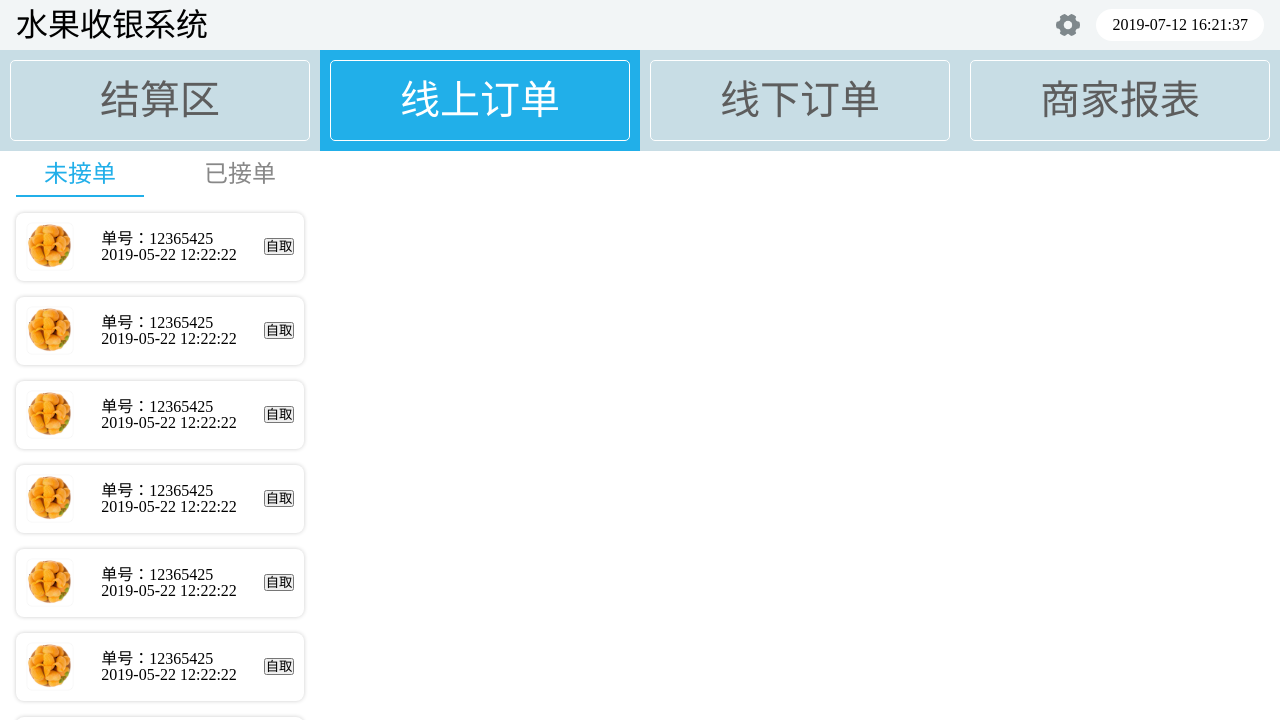
Repository: missing-star/fruit
Page: index.html
An editor plug-in stored every save of this project. The page is shown before and after the next save, followed by the edit.
The browser window is 1280 px wide. The pictures show the whole page.

Above is the page before, as saved 2019-07-12 16:30:01.

### index.html
<!DOCTYPE html>
<html lang="en">

<head>
    <meta charset="UTF-8">
    <meta name="viewport" content="width=device-width, initial-scale=1.0">
    <meta http-equiv="X-UA-Compatible" content="ie=edge">
    <title>水果收银系统</title>
    <link rel="stylesheet" href="./css/index.css">
</head>

<body>
    <div id="app">
        <header class="title-bar">
            <p class="title">水果收银系统</p>
            <div class="right-part-show">
                <img src="./images/setting.png" alt="设置" class="setting-icon">
                <p class="show-current-time">{{currentTime}}</p>
            </div>
        </header>
        <ul class="category-tab">
            <li class="category-item" :class="{active:currentIndex == 0}" @click="switchTab(0)">
                <p class="category-title">结算区</p>
            </li>
            <li class="category-item" :class="{active:currentIndex == 1}" @click="switchTab(1)">
                <p class="category-title">线上订单</p>
            </li>
            <li class="category-item" :class="{active:currentIndex == 2}" @click="switchTab(2)">
                <p class="category-title">线下订单</p>
            </li>
            <li class="category-item" :class="{active:currentIndex == 3}" @click="switchTab(3)">
                <p class="category-title">商家报表</p>
            </li>
        </ul>
        <!-- 结算区 -->
        <div v-show="currentIndex == 0" class="main-content">
            <div class="operation-wrapper">
                <ul class="goods-list-wrapper">
                    <li v-for="n in 10" class="goods-item">
                        <div class="goods-pic-wrapper">
                            <span class="delete-icon pointer"></span>
                            <img src="./images/goods.png" class="goods-pic">
                        </div>
                        <div class="goods-detail">
                            <p class="goods-title">苹果</p>
                            <p class="goods-spec">规格：12元/250g</p>
                            <p class="goods-money">
                                <span class="goods-weight">重量357g</span>
                                <span class="goods-price">
                                    <i class="money-icon black">￥</i>
                                    <i class="money-number black">18</i>
                                </span>
                            </p>
                        </div>
                    </li>
                </ul>
                <div class="calculator-scope">
                    <div class="show-total-money">
                        <p class="total-title">共4件商品</p>
                        <p class="total-money">
                            <span class="money-title">合计</span>
                            <span class="show-money">
                                <i class="money-icon blue">￥</i>
                                <i class="money-number blue">54.00</i>
                            </span>
                        </p>
                    </div>
                    <div class="operation-group">
                        <div class="left-part">
                            <button class="order-list pointer">挂单列表</button>
                            <button class="go-order pointer">挂单</button>
                        </div>
                        <button class="right-part pointer">
                            结算
                        </button>
                    </div>
                </div>
            </div>
            <div class="goods-choice-wrapper">
                <ul class="goods-category-wrapper">
                    <li @click="switchSubTab(n-1)" :class="{active:subCurrentIndex == n-1}" v-for="n in 20"
                        class="goods-category-item pointer">
                        分类
                    </li>
                </ul>
                <ul class="goods-choice-list">
                    <li v-for="n in 20" class="goods-choice-item">
                        <img src="./images/goods.png" class="goods-show-pic">
                        <p class="goods-desc">
                            <span class="goods-name">小泰芒</span>
                            <span class="price-weight">23元 / 250g</span>
                        </p>
                    </li>
                </ul>
            </div>
        </div>
        <div v-show="currentIndex == 1" class="main-content">
            <div class="operation-wrapper">
                <ul class="tab-wrapper">
                    <li @click="switchOnlineTab(0)" :class="{active:onlineCurrentIndex == 0}" class="tab-item pointer">
                        未接单</li>
                    <li @click="switchOnlineTab(1)" :class="{active:onlineCurrentIndex == 1}" class="tab-item pointer">
                        已接单</li>
                </ul>
                <div class="order-list-wrapper">
                    <ul v-show="onlineCurrentIndex == 0" class="accept-wrapper">
                        <li v-for="n in 20" class="order-item">
                            <img src="./images/goods.png" class="order-goods-pic">
                            <div class="order-detail">
                                <p class="order-number">单号：12365425</p>
                                <p class="order-date">2019-05-22 12:22:22</p>
                            </div>
                            <button class="post-way self">自取</button>
                        </li>
                    </ul>
                    <ul v-show="onlineCurrentIndex == 1" class="accept-wrapper">

                    </ul>
                </div>
            </div>
            <div class="goods-choice-wrapper">

            </div>
        </div>
        <div v-show="currentIndex == 2" class="main-content">

        </div>
        <div v-show="currentIndex == 3" class="main-content">

        </div>
    </div>
    <script src="https://cdn.bootcss.com/vue/2.6.10/vue.js"></script>
    <script src="./js/index.js"></script>
</body>

</html>

### css/index.css
html,body,div#app{
    height: 100%;
    background: #FFFFFF;
    min-width: 1200px;
}
body{
    font-size: calc(100vw / 19.2);
}
*{
    padding: 0;
    margin: 0;
    list-style: none;
    box-sizing: border-box;
    line-height: 100%;
    color: #000000;
    font-style: normal;
}
header.title-bar {
    background: #F2F5F6;
    padding: 1rem;
    height: 7%;
    display: flex;
    align-items: center;
    justify-content: space-between;
}
p.title {
    font-size: 2rem;
}
.right-part-show {
    display: flex;
    align-items: center;
    justify-content: space-around;
}
img.setting-icon {
    width: 1.5rem;
    margin-right: 1rem;
    cursor: pointer;
}
p.show-current-time {
    font-size: 1rem;
    background: #FFFFFF;
    padding: 0.5rem 1rem;
    border-radius: 10rem;
}
ul.category-tab {
    width: 100%;
    height: 14%;
    display: flex;
    align-items: center;
    justify-content: space-around;
    background: #C8DDE5;
}
li.category-item{
    width: 100%;
    height: 100%;
    display: flex;
    align-items: center;
    justify-content: center;
    padding: 10px;
    cursor: pointer;
}
li.category-item p.category-title {
    color: #5D5D5D;
    border: 1px solid #FFFFFF;
    border-radius: 5px;
    width: 100%;
    height: 100%;
    display: flex;
    align-items: center;
    justify-content: center;
    white-space: nowrap;
    font-size: 2.5rem;
}
li.category-item.active{
    background: #21AFE9;
}
li.category-item.active p.category-title{
    color: #FFFFFF;
}
.pointer{
    cursor: pointer;
}
.main-content {
    height: 79%;
    display: flex;
}
.operation-wrapper {
    width: 25%;
    height: 100%;
}
li.goods-item {
    height: 13vh;
    box-shadow: 0px 0px 4px 0px rgba(0,0,0,0.2);
    border-radius: 10px;
    margin: 1rem 0;
    display:flex;
}
.goods-pic-wrapper {
    position: relative;
    height: 100%;
    width: 30%;
    padding: 1rem;
}
img.goods-pic {
    width: 100%;
    height: auto;
}
ul.goods-list-wrapper {
    height: 75%;
    overflow: auto;
    padding: 0.5rem;
}
.calculator-scope {
    height: 25%;
}
span.delete-icon {
    width: 1.5rem;
    height: 1.5rem;
    background: url(../images/delete.png) no-repeat;
    background-size: 100% 100%;
    display: block;
    position: absolute;
    left: 0.5rem;
    top: 0.5rem;
}
.goods-detail {
    width: 70%;
    height: 100%;
}
p.goods-title {
    color: #000000;
    font-size: 2rem;
}
p.goods-spec {
    color: #6B6B6B;
    font-size: 1.2rem;
}
p.goods-money {
    display: flex;
    align-items: center;
    justify-content: space-between;
}
span.goods-weight {
    color: #FE7204;
    font-size: 1.5rem;
}
span.goods-price {
    font-size: 1.5rem;
}
.goods-detail {
    width: 70%;
    height: 100%;
    display: flex;
    flex-direction: column;
    justify-content: space-between;
    padding: 1rem;
}
i.money-number {
    font-size: 1.8rem;
}
i.money-icon {
    font-size: 1rem;
}
i.money-number.blue,i.money-icon.blue{
    color: #21AFE9;
}

.calculator-scope {
    border-top: 2px solid rgba(242,245,246,1);
    padding: 1rem;
}
div.show-total-money {
    background: rgba(242,245,246,1);
    display: flex;
    align-items: center;
    justify-content: space-between;
    font-size: 1.2rem;
    height: 30%;
    padding: 1rem;
    border-radius: 0.5rem;
    box-shadow:0px 1px 4px 0px rgba(0,0,0,0.2);
}
.operation-group {
    display: flex;
    align-items: center;
    justify-content: space-between;
    height: 70%;
    padding-top: 1rem;
}
p.total-title {
    color: #5D5D5D;
}
span.money-title {
    color: #333333;
}
button.order-list.pointer {
    background: #FFC639;
    outline: 0;
    border: none;
    color: #FFFFFF;
    width: 100%;
    height: 40%;
}
.left-part {
    width: 55%;
    height: 100%;
    display: flex;
    flex-direction: column;
    align-items: flex-start;
    justify-content: space-between;
}
button.order-list.pointer,button.go-order.pointer {
    border-radius: 0.5rem;
    background: #FFC639;
    outline: 0;
    border: none;
    color: #FFFFFF;
    width: 85%;
    height: 44%;
    font-size: 1.5rem;
}
button.go-order.pointer {
    background: #FF7A05;
}
.right-part {
    background: #21AFE9;
    border-radius: 0.5rem;
    color: #FFFFFF;
    font-size: 2rem;
    width: 45%;
    height: 100%;
    display: flex;
    align-items: center;
    justify-content: center;
    outline: 0;
    border:none;
}
ul.goods-category-wrapper {
    height: 100%;
    overflow: auto;
}
.goods-choice-wrapper {
    width: 75%;
    display: flex;
}
ul.goods-category-wrapper {
    width: 15%;
    height: 100%;
    overflow: auto;
}
li.goods-category-item {
    font-size: 1.5rem;
    display: flex;
    align-items: center;
    justify-content: center;
    height: 4rem;
    background: #EAEFF1;
    color: #5D5D5D;
    border-bottom: 2px solid #FFFFFF;
}
li.goods-category-item.active{
    background: #21AFE9;
    color: #FFFFFF;
}
ul.goods-choice-list {
    height: 100%;
    overflow: auto;
    width: 85%;
    background: #F2F5F6;
    display: flex;
    flex-wrap: wrap;
}
img.goods-show-pic {
    width: 100%;
}
li.goods-choice-item {
    width: 25%;
    margin: 2% calc(25% / 6);
    background: #FFFFFF;
    border-radius: 1rem;
    padding: 1rem;
}
p.goods-desc {
    display: flex;
    flex-direction: column;
    padding: 0 1rem;
}
span.goods-name {
    color: #333333;
    font-size: 2rem;
    margin-bottom: 1rem;
}
span.price-weight {
    color: #888888;
    font-size: 1.3rem;
}
ul::-webkit-scrollbar {
    height: 0;
    width: 4px;
}
ul::-webkit-scrollbar {
    width: 5px; /*对垂直流动条有效*/
    height: 0px; /*对水平流动条有效*/
}

/*定义滚动条的轨道颜色、内阴影及圆角*/
ul::-webkit-scrollbar-track{
    background-color: #FFFFFF;
    border-radius: 3px;
}


/*定义滑块颜色、内阴影及圆角*/
ul::-webkit-scrollbar-thumb{
    border-radius: 7px;
    background-color: #aaa;
}
ul.tab-wrapper{
    width: 100%;
    height: 8%;
    font-size: 1.5rem;
    display: flex;
    align-items: center;
    justify-content: space-around;
}
li.tab-item{
    color: #888888;
    position: relative;
    width: 50%;
    text-align:center;
    height: 100%;
    display: flex;
    align-items: center;
    justify-content: center;
}
li.tab-item.active{
    color: #21AFE9;
}
li.tab-item.active:after{
    content: '';
    width: 80%;
    height: 2px;
    background: #21AFE9;
    position: absolute;
    bottom: 0;
    left: 10%;
}
.order-list-wrapper {
    height: 92%;
}
ul.accept-wrapper {
    width: 100%;
    height: 100%;
    overflow: auto;
}
li.order-item {
    display: flex;
    align-items: center;
    justify-content: space-between;
    height: 13%;
    font-size: 1rem;
    box-shadow: 0px 0px 4px 0px rgba(0,0,0,0.2);
    border-radius: 0.5rem;
    margin: 1rem;
    padding: 0.6rem;
}
img.order-goods-pic{
    height: 100%;
}

### js/index.js
new Vue({
    el: '#app',
    data: {
        currentTime: '0000-00-00 00:00:00',
        currentIndex:1,
        subCurrentIndex:0,
        onlineCurrentIndex:0
    },
    methods: {
        getCurrentTime: function () {
            var date = new Date();
            var year = date.getFullYear();
            var month = (date.getMonth() + 1) < 10 ? '0' + (date.getMonth() + 1) : (date.getMonth() + 1);
            var day = date.getDate() < 10 ? '0' + date.getDate() : date.getDate();
            var hour = date.getHours() < 10 ? '0' + date.getHours() : date.getHours();
            var minute = date.getMinutes() < 10 ? '0' + date.getMinutes() : date.getMinutes();
            var second = date.getSeconds() < 10 ? '0' + date.getSeconds() : date.getSeconds();
            this.currentTime = year + '-' + month + '-' + day + ' ' + hour + ':' + minute + ':' + second;
        },
        switchTab:function(index) {
            if(this.currentIndex != index) {
                this.currentIndex = index;
            }
        },
        switchSubTab:function(index) {
            if(this.subCurrentIndex != index) {
                this.subCurrentIndex = index;
            }
        },
        switchOnlineTab:function(index) {
            if(this.onlineCurrentIndex != index) {
                this.onlineCurrentIndex = index;
            }
        }
    },
    created: function () {
        var vm = this;
        vm.getCurrentTime();
        setInterval(function(){
            vm.getCurrentTime();
        }, 1000);
    }
});

After the next save:
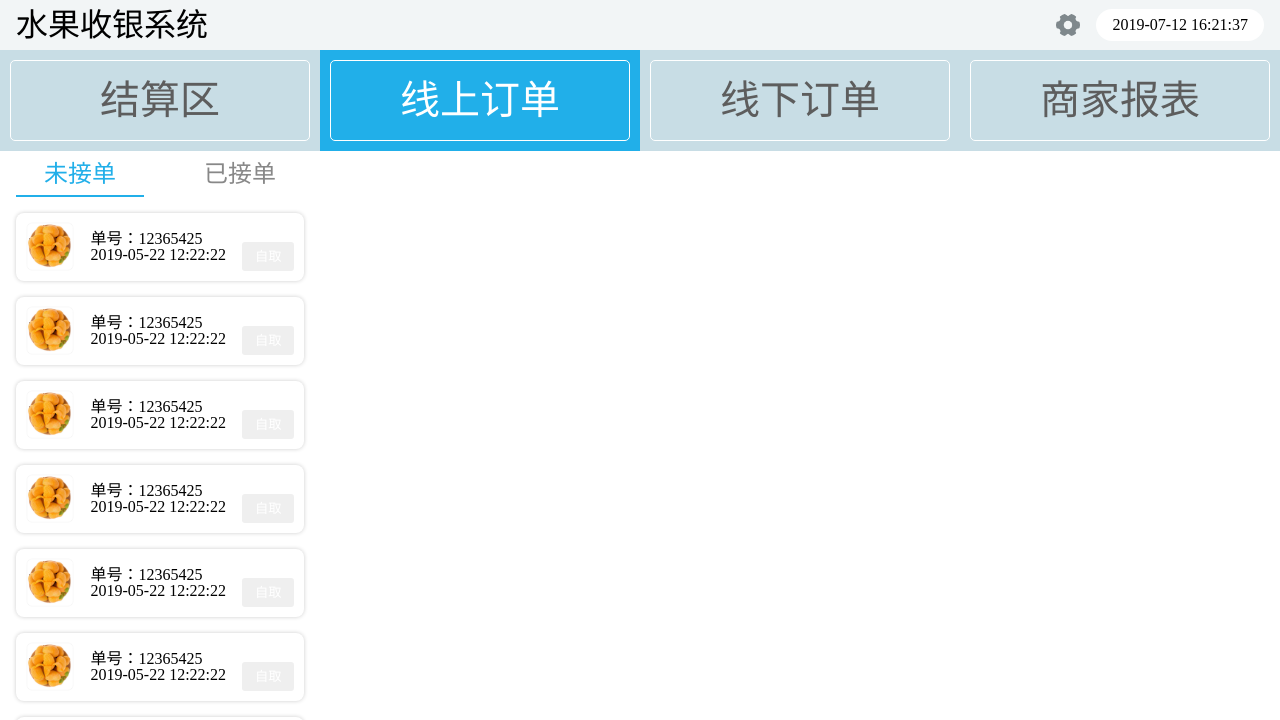
Saved 87 s later.
--- a/css/index.css
+++ b/css/index.css
@@ -367,3 +367,11 @@ li.order-item {
 img.order-goods-pic{
     height: 100%;
 }
+button.post-way {
+    align-self: flex-end;
+    border: none;
+    outline: 0;
+    color: #FFFFFF;
+    padding: 0.5rem 0.8rem;
+    border-radius: 0.2rem;
+}
